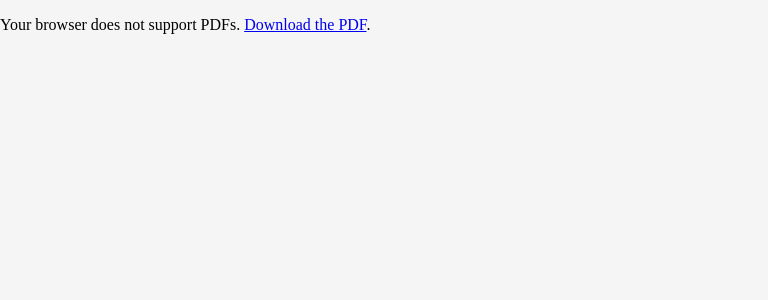
Repository: aaurdanet/Portfolio
Page: cv/resume_index.html
These files come from the project's save history. The page is drawn as it stood at one moment and after the next save; the edit follows.
The browser window is 768 px wide. The pictures show the whole page.

Above is the page before, as saved 2024-10-28 00:19:33.

After the next save:
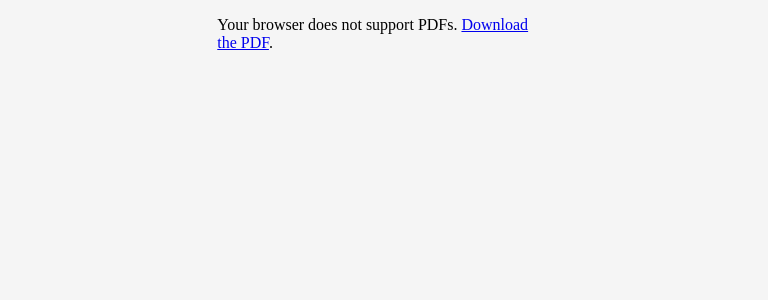
Saved 116 s later.
--- a/cv/resume_index.html
+++ b/cv/resume_index.html
@@ -9,7 +9,6 @@
         /* Full height and width setup, with no margin */
         html, body {
             height: 100%;
-            width: 100%;
             margin: 0;
             display: flex;
             justify-content: center;
@@ -18,10 +17,10 @@
             overflow: hidden;
         }
 
-        /* PDF container adjusted for full viewport */
+        /* PDF container setup */
         .pdf-container {
-            width: 98vw; /* Almost full viewport width */
-            height: 98vh; /* Almost full viewport height */
+            width: 100%; /* Full width */
+            height: 100%; /* Full height */
             display: flex;
             justify-content: center;
             align-items: center;
@@ -32,14 +31,19 @@
         .pdf-container object {
             width: 100%;
             height: 100%;
+            max-width: 1200px; /* Max width for larger screens */
+            max-height: 90vh; /* Prevents excessive height on tall screens */
             border: none;
         }
 
-        /* Media query to ensure full screen width on mobile */
+        /* Media query adjustments */
         @media (max-width: 768px) {
             .pdf-container {
-                width: 100vw;
-                height: 100vh;
+                padding: 5%; /* Adds some padding on mobile */
+            }
+            .pdf-container object {
+                max-width: 100%; /* Ensures full width on mobile */
+                max-height: 100vh; /* Ensures full height on mobile */
             }
         }
     </style>
